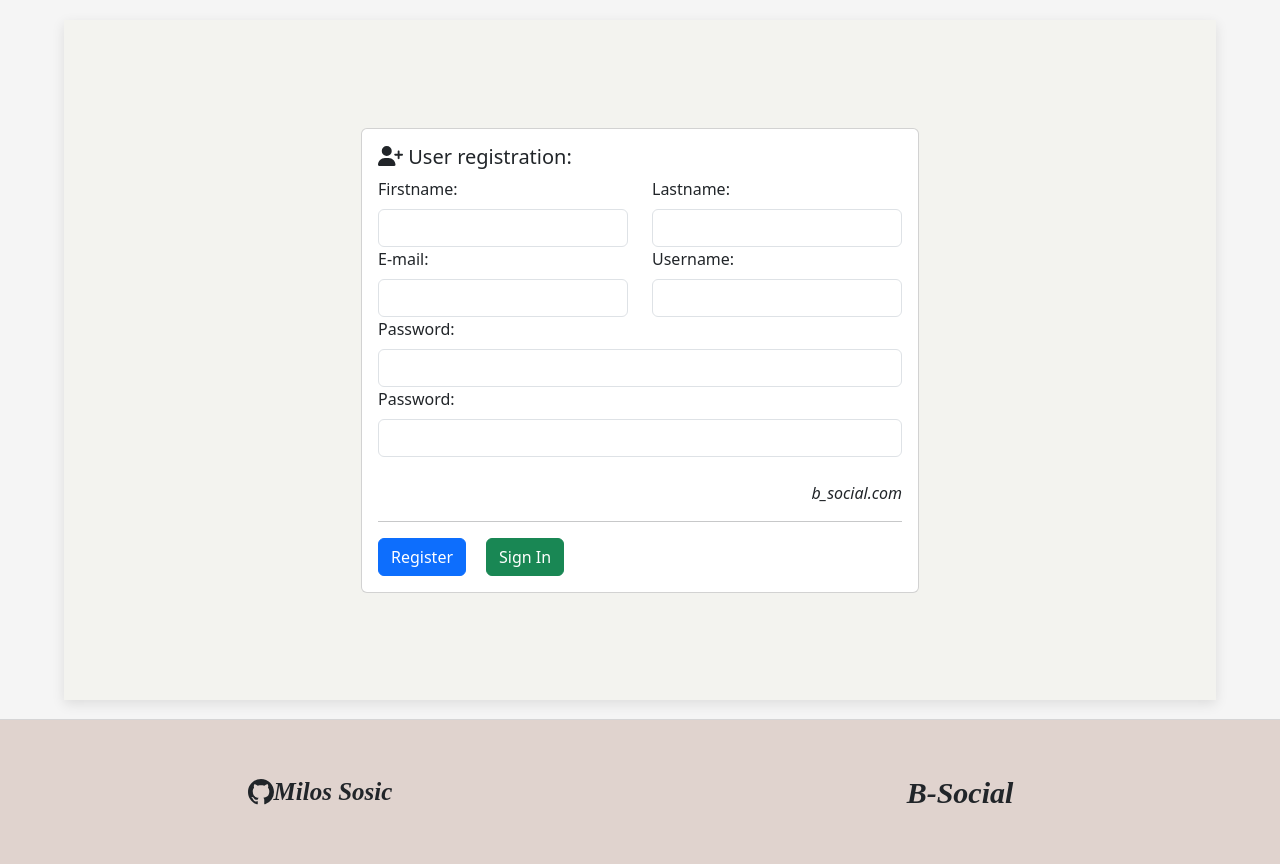
Repository: mcedo1/b-Social-app
Page: /reg
These files come from the project's save history. The page is drawn as it stood at one moment and after the next save; the edit follows.
The browser window is 1280 px wide. The pictures show the whole page.
The project was rebuilt for these pictures with package versions that can differ from the ones it lists, and the page was loaded fresh each time. Also part of the build but not shown: src/config/apiconfig.js, src/API/Api.js, src/components/log.reg.component/Login.js, src/components/main.page.component/MainPage.css, src/components/main.page.component/sideBar.js, src/components/submain.component/Submain.css, src/components/submain.component/Comment.js, src/components/submain.component/Modal.js and 5 more.

Above is the page before, as saved 2024-02-03 10:23:44.

### src/index.js
import React from 'react';
import ReactDOM from 'react-dom/client';
import './index.css';
import App from './App';
import reportWebVitals from './reportWebVitals';
import {
  BrowserRouter as Router
} from "react-router-dom";
import 'bootstrap/dist/css/bootstrap.min.css';
const root = ReactDOM.createRoot(document.getElementById('root'));
root.render(
  <React.StrictMode>
    <Router>
      <App />
    </Router>
  </React.StrictMode>
);

// If you want to start measuring performance in your app, pass a function
// to log results (for example: reportWebVitals(console.log))
// or send to an analytics endpoint. Learn more: https://bit.ly/CRA-vitals
reportWebVitals();

### src/App.js
import './App.css';
import Footer from './components/footer.component/Footer';
import Login from './components/log.reg.component/Login';
import Registration from './components/log.reg.component/Registration';
import MainPage from './components/main.page.component/MainPage';
import WebSocket from 'websocket';
import { useEffect } from 'react';
import {
  Routes,
  Route,
} from "react-router-dom";
import AboutUsCommponent from './components/about.us.component/AboutUs';


function App() {
//   useEffect(() => {
//     // Establish a WebSocket connection
//     const ws = new WebSocket('wss://localhost:8080');

//     // Set up event listeners
//     ws.onopen = () => {
//       console.log('WebSocket connection opened');
//     };

//     ws.onmessage = (event) => {
//       console.log('Received message:', event.data);
//       // Handle the incoming message
//     };

//     ws.onclose = () => {
//       console.log('WebSocket connection closed');
//     };

//     // Clean up the WebSocket connection when the component is unmounted
//     return () => {
//       ws.close();
//     };
//   }, []);


  return (
    <div className='App'>
      <div className="Main">
        <Routes>
          <Route index path="/" element={<Login />} />
          <Route path="/reg" element={<Registration />} />
          <Route path="/main" element={<MainPage />} />
          <Route path='aboutUs' element={<AboutUsCommponent/>}/>
        </Routes>
      </div>
      <Footer/>
     </div>
  );
}

export default App;

### src/components/footer.component/Footer.js
import React from 'react'
import './Footer.css';

function Footer() {
  return (
      <div className='Footer'>
      <div className='Left'>
      <svg xmlns="http://www.w3.org/2000/svg" width="26" height="26" fill="currentColor" class="bi bi-github" viewBox="0 0 16 16">
  <path d="M8 0C3.58 0 0 3.58 0 8c0 3.54 2.29 6.53 5.47 7.59.4.07.55-.17.55-.38 0-.19-.01-.82-.01-1.49-2.01.37-2.53-.49-2.69-.94-.09-.23-.48-.94-.82-1.13-.28-.15-.68-.52-.01-.53.63-.01 1.08.58 1.23.82.72 1.21 1.87.87 2.33.66.07-.52.28-.87.51-1.07-1.78-.2-3.64-.89-3.64-3.95 0-.87.31-1.59.82-2.15-.08-.2-.36-1.02.08-2.12 0 0 .67-.21 2.2.82.64-.18 1.32-.27 2-.27s1.36.09 2 .27c1.53-1.04 2.2-.82 2.2-.82.44 1.1.16 1.92.08 2.12.51.56.82 1.27.82 2.15 0 3.07-1.87 3.75-3.65 3.95.29.25.54.73.54 1.48 0 1.07-.01 1.93-.01 2.2 0 .21.15.46.55.38A8.01 8.01 0 0 0 16 8c0-4.42-3.58-8-8-8"/>
</svg>
       <b> Milos Sosic</b>
      </div>
      <div className='Right'>
        <i>B-Social</i>
      </div>
    </div>
  )
}

export default Footer

### src/components/log.reg.component/Registration.js
import './Login.css'
import { faUserPlus } from '@fortawesome/free-solid-svg-icons';
import { FontAwesomeIcon } from '@fortawesome/react-fontawesome';
import React, { useState } from 'react'
import { Card, Col, Container, Form, Alert, Button, Row} from 'react-bootstrap';
import { useNavigate } from "react-router-dom";


function Registration() {

    const navigate = useNavigate();

    const [user, setUser] = useState({
        username: '',
        firstName: '',
        lastName: '',
        email: '',
        password: ''
    });

    const handleRegistration = () => {
        console.log(user)
    }

    return (

        <div className='Login'>

            <Container>
                <Col md={{ span: 6, offset: 3 }}>
                    <Card>
                        <Card.Body>
                            <Card.Title>
                                    <FontAwesomeIcon icon={faUserPlus} /> User registration:
                            </Card.Title>
                            <Form>
                                <Row>
                                    <Col md="6">
                                        <Form.Group>
                                            <Form.Label htmlFor="surname">Firstname:</Form.Label>
                                            <Form.Control type='text' id="surname" value={user.firstName} onChange={e=> setUser({...user, firstName:e.target.value})}/>
                                        </Form.Group>
                                    </Col>
                                    <Col md="6">
                                        <Form.Group>
                                            <Form.Label htmlFor="forename">Lastname:</Form.Label>
                                            <Form.Control type='text' id="forename" value={user.lastName} onChange={e=> setUser({...user, lastName:e.target.value})} />
                                        </Form.Group>
                                    </Col>
                                </Row>
                                <Row>
                                    <Col md="6">
                                        <Form.Group>
                                                <Form.Label htmlFor="email">E-mail:</Form.Label>
                                                <Form.Control type='email' id="email" value={user.email} onChange={e=> setUser({...user, email:e.target.value})} />
                                        </Form.Group>
                                    </Col>
                                    <Col md="6">
                                        <Form.Group>
                                            <Form.Label htmlFor="username">Username:</Form.Label>
                                            <Form.Control type='text' id="username" value={user.username} onChange={e=> setUser({...user, username: e.target.value})} />
                                        </Form.Group>
                                    </Col>
                                </Row>
                                <Form.Group>
                                    <Form.Label htmlFor="password">Password:</Form.Label>
                                    <Form.Control type='password' id="password" value={user.password} onChange={e=> setUser({...user, password:e.target.value})}/>
                                    <Form.Label htmlFor="password">Password:</Form.Label>
                                    <Form.Control type='password' id="password" value={user.password} onChange={e=> setUser({...user, password:e.target.value})}/>
                                </Form.Group>

                                <br />
                                <p style={{display:'flex',justifyContent:'end'}}><i>b_social.com</i></p>
                                <hr/>
                                <Form.Group>
                                    <Button variant='primary' style={{ marginRight: '20px' }}
                                        onClick={handleRegistration}
                                    >
                                        Register
                                    </Button>
                                    <Button variant='success' onClick={()=>navigate("/")} >
                                        Sign In
                                    </Button>
                                </Form.Group>
                            </Form>
                            <Alert style={{marginTop:'15px'}} variant='danger' className={false ? '' : 'd-none'}>Greska</Alert>
                        </Card.Body>
                    </Card>
                </Col>
            </Container>
        </div>
  )
}

export default Registration

### src/components/footer.component/Footer.css
.Footer {
  background-color: #e0d3ce;

  height: 20vh;
  display: flex;
  flex-direction: row;
  box-shadow: rgba(0, 0, 0, 0.02) 0px 1px 3px 0px,
    rgba(27, 31, 35, 0.15) 0px 0px 0px 1px;
}
.Left {
  flex: 1;
  display: flex;
  justify-content: center;
  align-items: center;
  font-size: 25px;
  font-family: "Times New Roman", Times, serif;
  font-style: italic;
}

.Left b:hover {
  cursor: pointer;
  font-size: 27px;
}

.Right {
  flex: 1;
  display: flex;
  justify-content: center;
  align-items: center;
  font-family: "Times New Roman", Times, serif;
  font-weight: 700;
  font-size: 30px;
}

.Right i:hover {
  cursor: pointer;
  font-size: 31px;
}

### src/components/log.reg.component/Login.css
.Login {
    flex: 1;
    display: flex;
    justify-content: center;
    align-items: center;
    background-color: #f3f3ef;
    box-shadow: rgba(0, 0, 0, 0.1) 0px 4px 12px;
    margin: 20px 0;
}

p:hover {
    cursor: default;
}

Loaded but not shown: public/index.html (common file); src/index.css (common file); src/reportWebVitals.js (common file); src/App.css (common file)

After the next save:
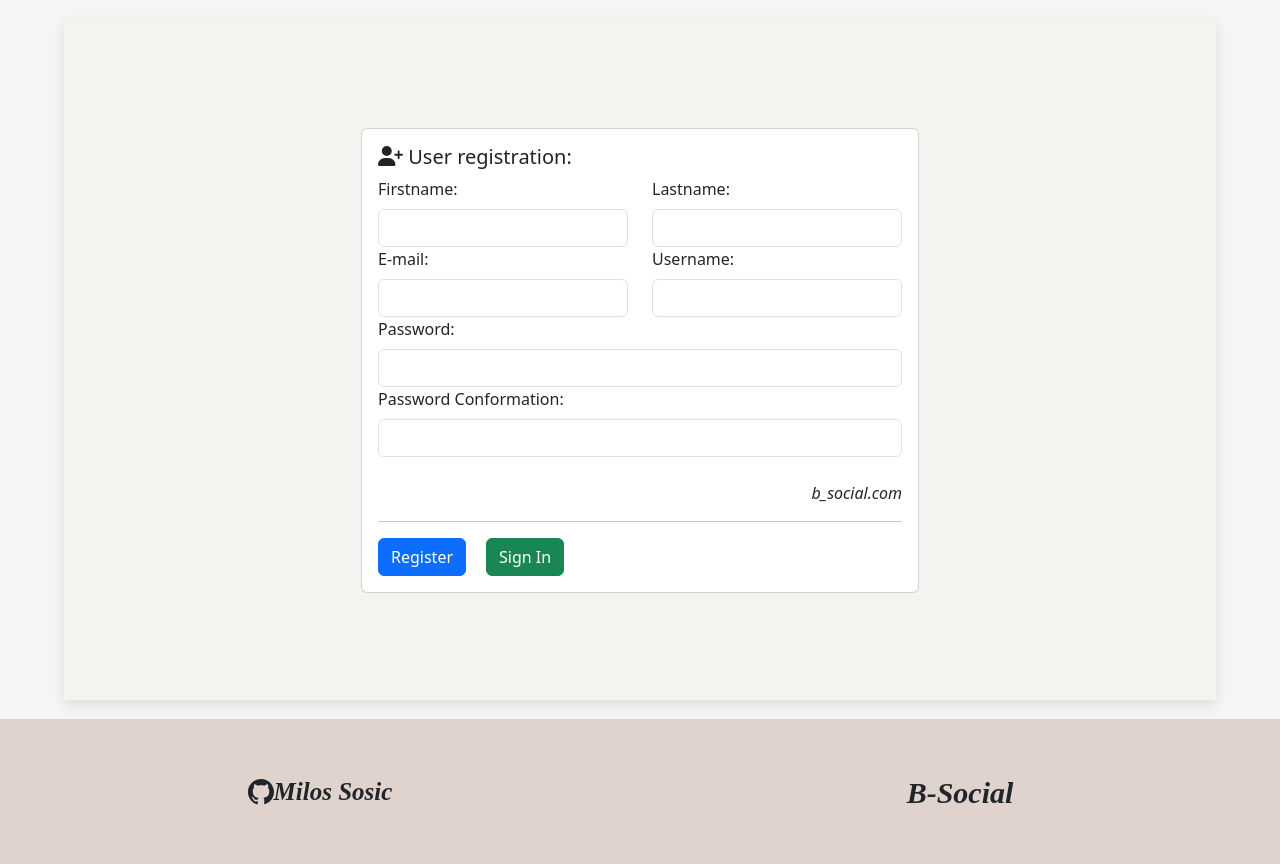
Saved 30 s later.
--- a/src/components/log.reg.component/Registration.js
+++ b/src/components/log.reg.component/Registration.js
@@ -65,7 +65,7 @@ function Registration() {
                                 <Form.Group>
                                     <Form.Label htmlFor="password">Password:</Form.Label>
                                     <Form.Control type='password' id="password" value={user.password} onChange={e=> setUser({...user, password:e.target.value})}/>
-                                    <Form.Label htmlFor="password">Password:</Form.Label>
+                                    <Form.Label htmlFor="password">Password Conformation:</Form.Label>
                                     <Form.Control type='password' id="password" value={user.password} onChange={e=> setUser({...user, password:e.target.value})}/>
                                 </Form.Group>
 
